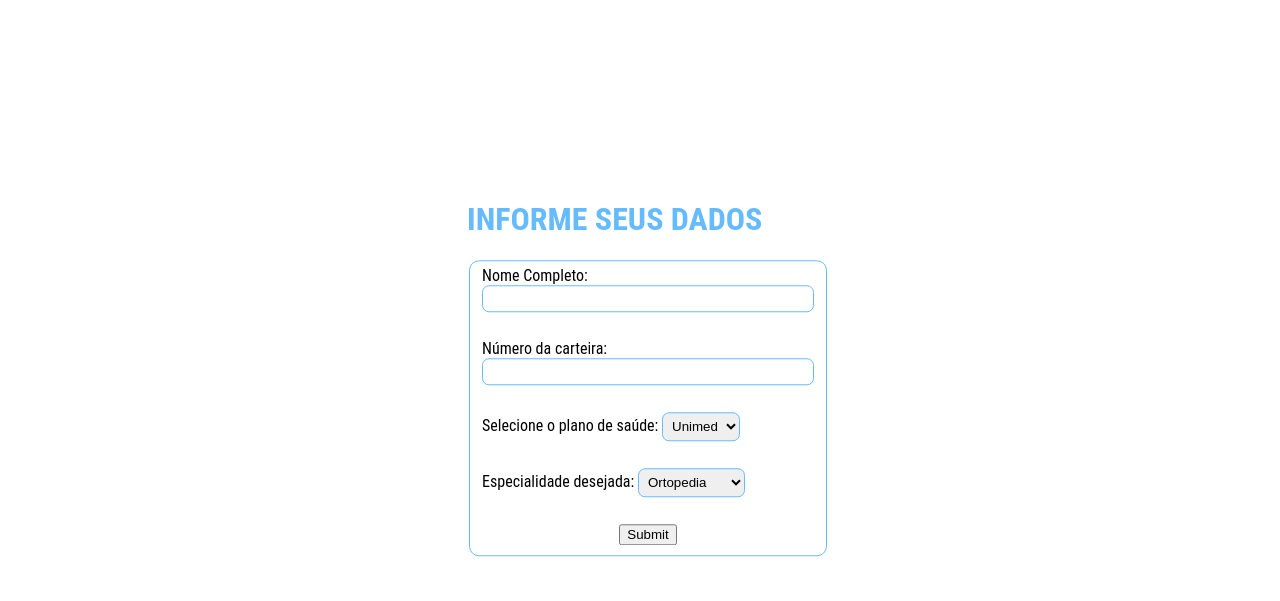
Repository: ohenriquesouza/HospitalCRUD-using-JavaEE
Page: http://localhost/JSP_test/novaConsulta.html
These files come from the project's save history. The page is drawn as it stood at one moment and after the next save; the edit follows.
The browser window is 1280 px wide. The pictures show the whole page.
Some web fonts or font styles are not loaded; a fallback is used. The page is served by Tomcat 9. Other server files are loaded and not shown.

Above is the page before, as saved 2022-12-27 16:37:25.

### JSP_test/src/main/webapp/novaConsulta.html
<!DOCTYPE html>
<html lang = "pt-br">
    <head>
        <meta charset="UTF-8">
        <meta http-equiv="X-UA-Compatible" content="IE=edge">
        <meta name="viewport" content="width=device-width, initial-scale=1.0">
        <title>Nova Consulta</title>
        <link rel="stylesheet" href="style.css">
        <style>
            fieldset{
                border-radius: 10px;
                border: 1px solid #66bbff;
            }
            .input_name{
            	width: 320px;
            	padding: 5px;
            	margin-bottom: 8px;
            	border: 1px solid #66bbff;
            	border-radius: 7px;
            }
            .input_nmCarteira{
            	width: 320px;
            	padding: 5px;
            	margin-bottom: 8px;
            	border: 1px solid #66bbff;
            	border-radius: 7px;
            }
             .input_plano{
            	padding: 5px;
            	margin-bottom: 8px;
            	border: 1px solid #66bbff;
            	border-radius: 7px;
            }
             .input_espec{
            	padding: 5px;
            	margin-bottom: 8px;
            	border: 1px solid #66bbff;
            	border-radius: 7px;
            }

        </style>
    </head>
    <body>
        <div class="box">
        	<h1>INFORME SEUS DADOS</h1>
            <form action="">
                <fieldset>
                    <div class="input_box">
                        <label for="nome">Nome Completo:</label>
                        <input type="text" name="nome" id="nome" class="input_name" required></input>
                    </div>
                    <br>
	                <div class="input_box">
                        <label for="NmCarteira">Número da carteira:</label>
                        <input type="number" name="NmCarteira" id="NmCarteira" class="input_nmCarteira" required></input>
                    </div>
                    <br>
                     <div class="input_box">
                        <label for="">Selecione o plano de saúde:</label>
						<select name="plan" id="plan" form="" class="input_plano">
						  <option value="ortopedia">Unimed</option>
						  <option value="pediatria">Amil</option>
						  <option value="clinica">GNDI</option>
						</select>
                    </div>
                    <br>
                    <div class="input_box">
                        <label for="">Especialidade desejada:</label>
						<select name="especs" id="especs" form="" class="input_espec">
						  <option value="ortopedia">Ortopedia</option>
						  <option value="pediatria">Pediatria</option>
						  <option value="clinica">Clínica geral</option>
						</select>
                    </div>
                    <br>
                    <center><input class="botao2" type="submit"></input></center>
                </fieldset>
            </form>
        </div>
    </body>
</html>

### JSP_test/src/main/webapp/style.css
@charset "utf-8";
@import url('https://fonts.googleapis.com/css2?family=Roboto+Condensed:wght@300&display=swap');
body{
    position: absolute;
    top: 50%;
    left: 50%;
    transform: translate(-50%, -50%);
	font-size: 1em;
	font-weight: 400;
	font-family: 'Roboto Condensed', sans-serif;
}
h1{
	color: #66bbff;
}
.botao1{
	text-decoration: none;
	background-color: #66bbff;
	padding: 5px 10px 5px 10px;
	color: #fff;
	font-size: 1.2em;
	font-weight: 700;
	border-radius: 8px;
	cursor: pointer;
}
 .box{
                position: absolute;
                top: 50%;
                left: 50%;
                transform: translate(-50%, -50%);
                padding: 15px;
                border-radius: 10px;
}

After the next save:
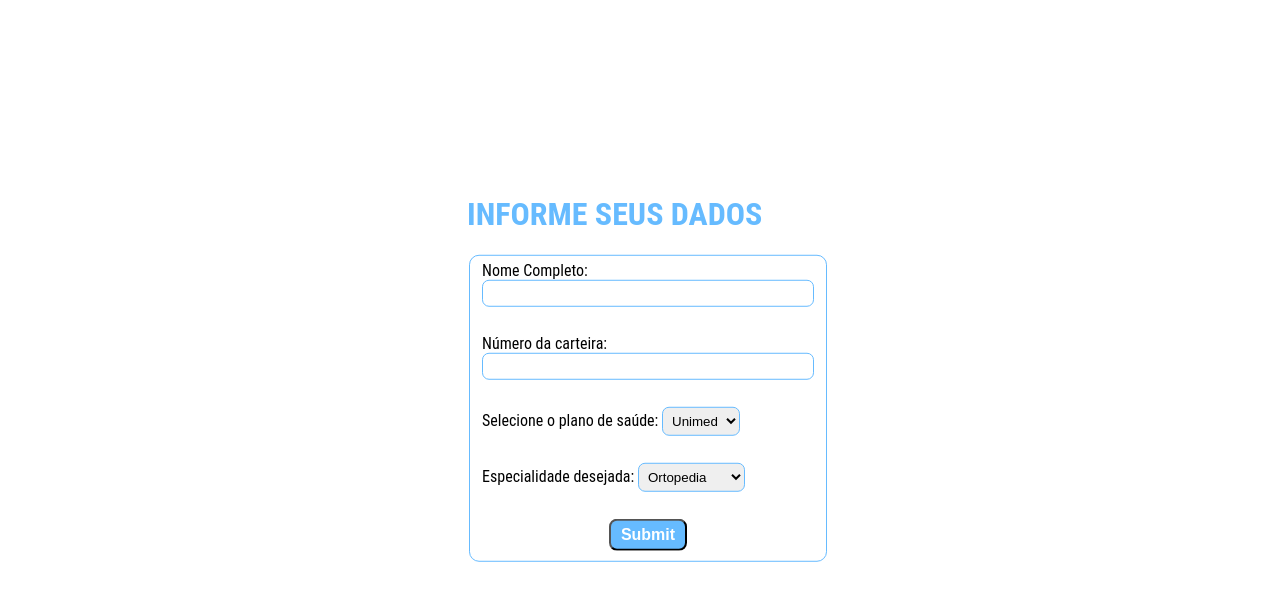
Saved 19 s later.
--- a/JSP_test/src/main/webapp/style.css
+++ b/JSP_test/src/main/webapp/style.css
@@ -22,6 +22,16 @@ h1{
 	border-radius: 8px;
 	cursor: pointer;
 }
+.botao2{
+	text-decoration: none;
+	background-color: #66bbff;
+	padding: 5px 10px 5px 10px;
+	color: #fff;
+	font-size: 1.0em;
+	font-weight: 700;
+	border-radius: 8px;
+	cursor: pointer;
+}
  .box{
                 position: absolute;
                 top: 50%;
